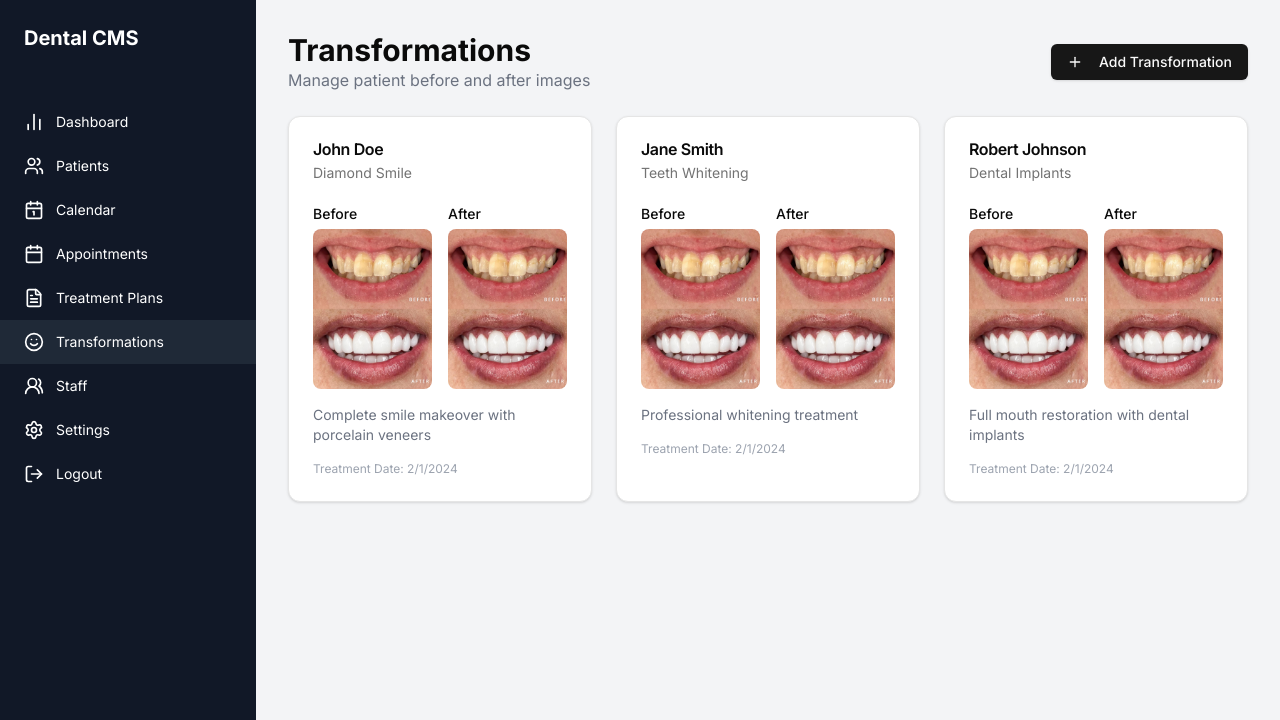
Repository: djdjdallas/diamonddental
Page: /dashboard/transformations
The author's editor kept a copy of each file at every save. The page is drawn from the files as they stood at one save, then again after the next save.
The browser window is 1280 px wide. The pictures show the whole page.
The page's requests for data from a server got no answer. The project was rebuilt for these pictures with package versions that can differ from the ones it lists, and the page was loaded fresh each time. The framework's server and built-in components were replaced by stand-ins that run in the browser. No one was signed in, and anything a server would have sent is missing. Also part of the build but not shown: next.config.mjs, src/components/ui/input.jsx, src/components/ui/select.jsx, src/components/ui/textarea.jsx.

Above is the page before, as saved 2025-02-01 12:00:26.

### src/app/layout.js
// app/layout.js
import { Inter } from "next/font/google";
import "./globals.css";

const inter = Inter({ subsets: ["latin"] });

export const metadata = {
  title: "Diamond Smile - Premium Dental Care",
  description: "Experience premium dental care with Diamond Smile",
};

export default function RootLayout({ children }) {
  return (
    <html lang="en">
      <body className={inter.className}>{children}</body>
    </html>
  );
}

### src/app/dashboard/layout.js
// app/dashboard/layout.js
"use client";

import Link from "next/link";
import { usePathname } from "next/navigation";
import {
  Users,
  Calendar,
  Settings,
  BarChart2,
  FileText,
  LogOut,
  Calendar1,
  Users2,
  Smile,
} from "lucide-react";
import { cn } from "@/lib/utils";

const sidebarLinks = [
  { name: "Dashboard", href: "/dashboard", icon: BarChart2 },
  { name: "Patients", href: "/dashboard/patients", icon: Users },
  { name: "Calendar", href: "/dashboard/calendar", icon: Calendar1 },
  { name: "Appointments", href: "/dashboard/appointments", icon: Calendar },
  { name: "Treatment Plans", href: "/dashboard/treatments", icon: FileText },
  { name: "Transformations", href: "/dashboard/transformations", icon: Smile },
  { name: "Staff", href: "/dashboard/staff", icon: Users2 },
  { name: "Settings", href: "/dashboard/settings", icon: Settings },
];

export default function DashboardLayout({ children }) {
  const pathname = usePathname();

  return (
    <div className="min-h-screen flex">
      {/* Sidebar */}
      <aside className="w-64 bg-gray-900 text-white">
        <div className="p-6">
          <h2 className="text-xl font-bold">Dental CMS</h2>
        </div>
        <nav className="mt-6">
          {sidebarLinks.map((link) => {
            const Icon = link.icon;
            return (
              <Link
                key={link.href}
                href={link.href}
                className={cn(
                  "flex items-center px-6 py-3 text-sm hover:bg-gray-800",
                  pathname === link.href && "bg-gray-800"
                )}
              >
                <Icon className="mr-3 h-5 w-5" />
                {link.name}
              </Link>
            );
          })}
          <Link
            href="/login"
            className="flex items-center px-6 py-3 text-sm hover:bg-gray-800 mt-auto"
          >
            <LogOut className="mr-3 h-5 w-5" />
            Logout
          </Link>
        </nav>
      </aside>

      {/* Main content */}
      <main className="flex-1 p-8 bg-gray-100">{children}</main>
    </div>
  );
}

### src/app/dashboard/transformations/page.js
"use client";

import { useState, useEffect } from "react";
import Image from "next/image";
import { Button } from "@/components/ui/button";
import { Input } from "@/components/ui/input";
import {
  Card,
  CardContent,
  CardDescription,
  CardHeader,
  CardTitle,
} from "@/components/ui/card";
import {
  Dialog,
  DialogContent,
  DialogHeader,
  DialogTitle,
  DialogTrigger,
} from "@/components/ui/dialog";
import {
  Select,
  SelectContent,
  SelectItem,
  SelectTrigger,
  SelectValue,
} from "@/components/ui/select";
import { Label } from "@/components/ui/label";
import { Textarea } from "@/components/ui/textarea";
import { supabase } from "@/lib/supabase";
import { Plus, Upload, Image as ImageIcon } from "lucide-react";

const DUMMY_TRANSFORMATIONS = [
  {
    id: "1",
    patient_id: "1",
    treatment_type: "Diamond Smile",
    description: "Complete smile makeover with porcelain veneers",
    before_image: "/beforeandafter.jpg",
    after_image: "/beforeandafter.jpg",
    treatment_date: "2024-02-01",
    patients: {
      first_name: "John",
      last_name: "Doe",
    },
  },
  {
    id: "2",
    patient_id: "2",
    treatment_type: "Teeth Whitening",
    description: "Professional whitening treatment",
    before_image: "/beforeandafter.jpg",
    after_image: "/beforeandafter.jpg",
    treatment_date: "2024-02-01",
    patients: {
      first_name: "Jane",
      last_name: "Smith",
    },
  },
  {
    id: "3",
    patient_id: "3",
    treatment_type: "Dental Implants",
    description: "Full mouth restoration with dental implants",
    before_image: "/beforeandafter.jpg",
    after_image: "/beforeandafter.jpg",
    treatment_date: "2024-02-01",
    patients: {
      first_name: "Robert",
      last_name: "Johnson",
    },
  },
];

const DUMMY_PATIENTS = [
  { id: "1", first_name: "John", last_name: "Doe" },
  { id: "2", first_name: "Jane", last_name: "Smith" },
  { id: "3", first_name: "Robert", last_name: "Johnson" },
];

export default function TransformationsPage() {
  const [transformations, setTransformations] = useState([]);
  const [patients, setPatients] = useState([]);
  const [isLoading, setIsLoading] = useState(true);
  const [isDialogOpen, setIsDialogOpen] = useState(false);
  const [beforeImage, setBeforeImage] = useState(null);
  const [afterImage, setAfterImage] = useState(null);
  const [formData, setFormData] = useState({
    patient_id: "",
    treatment_type: "",
    description: "",
    before_image: "",
    after_image: "",
    treatment_date: "",
  });

  useEffect(() => {
    loadData();
  }, []);

  const loadData = async () => {
    try {
      // Use dummy data instead of fetching from Supabase
      setTransformations(DUMMY_TRANSFORMATIONS);
      setPatients(DUMMY_PATIENTS);
    } catch (error) {
      console.error("Error loading data:", error);
    } finally {
      setIsLoading(false);
    }
  };

  const handleImageUpload = async (file, type) => {
    if (!file) return;

    try {
      // For demo purposes, just use the dummy image
      const dummyUrl = "/beforeandafter.jpg";

      if (type === "before") {
        setBeforeImage(dummyUrl);
        setFormData((prev) => ({ ...prev, before_image: dummyUrl }));
      } else {
        setAfterImage(dummyUrl);
        setFormData((prev) => ({ ...prev, after_image: dummyUrl }));
      }
    } catch (error) {
      console.error("Error uploading image:", error);
    }
  };

  const handleSubmit = async (e) => {
    e.preventDefault();

    try {
      // Create new transformation with dummy data
      const newTransformation = {
        id: String(transformations.length + 1),
        ...formData,
        patients: DUMMY_PATIENTS.find((p) => p.id === formData.patient_id),
        before_image: "/beforeandafter.jpg",
        after_image: "/beforeandafter.jpg",
      };

      // Add to existing transformations
      setTransformations([newTransformation, ...transformations]);
      setIsDialogOpen(false);
      resetForm();
    } catch (error) {
      console.error("Error saving transformation:", error);
    }
  };

  const resetForm = () => {
    setFormData({
      patient_id: "",
      treatment_type: "",
      description: "",
      before_image: "",
      after_image: "",
      treatment_date: "",
    });
    setBeforeImage(null);
    setAfterImage(null);
  };

  if (isLoading) {
    return <div>Loading...</div>;
  }

  return (
    <div className="space-y-6">
      <div className="flex justify-between items-center">
        <div>
          <h1 className="text-3xl font-bold">Transformations</h1>
          <p className="text-gray-500">
            Manage patient before and after images
          </p>
        </div>

        <Dialog open={isDialogOpen} onOpenChange={setIsDialogOpen}>
          <DialogTrigger asChild>
            <Button>
              <Plus className="mr-2 h-4 w-4" />
              Add Transformation
            </Button>
          </DialogTrigger>
          <DialogContent className="sm:max-w-[600px]">
            <DialogHeader>
              <DialogTitle>Add New Transformation</DialogTitle>
            </DialogHeader>
            <form onSubmit={handleSubmit} className="space-y-4">
              <div className="space-y-2">
                <Label>Patient</Label>
                <Select
                  value={formData.patient_id}
                  onValueChange={(value) =>
                    setFormData((prev) => ({ ...prev, patient_id: value }))
                  }
                >
                  <SelectTrigger>
                    <SelectValue placeholder="Select patient" />
                  </SelectTrigger>
                  <SelectContent>
                    {patients.map((patient) => (
                      <SelectItem key={patient.id} value={patient.id}>
                        {patient.first_name} {patient.last_name}
                      </SelectItem>
                    ))}
                  </SelectContent>
                </Select>
              </div>

              <div className="grid grid-cols-2 gap-4">
                <div className="space-y-2">
                  <Label>Treatment Type</Label>
                  <Input
                    value={formData.treatment_type}
                    onChange={(e) =>
                      setFormData((prev) => ({
                        ...prev,
                        treatment_type: e.target.value,
                      }))
                    }
                    placeholder="e.g., Veneers, Implants"
                  />
                </div>
                <div className="space-y-2">
                  <Label>Treatment Date</Label>
                  <Input
                    type="date"
                    value={formData.treatment_date}
                    onChange={(e) =>
                      setFormData((prev) => ({
                        ...prev,
                        treatment_date: e.target.value,
                      }))
                    }
                  />
                </div>
              </div>

              <div className="grid grid-cols-2 gap-4">
                <div className="space-y-2">
                  <Label>Before Image</Label>
                  <div className="border-2 border-dashed rounded-lg p-4 text-center">
                    {beforeImage ? (
                      <div className="relative h-40">
                        <Image
                          src={beforeImage}
                          alt="Before"
                          fill
                          className="object-cover rounded-lg"
                        />
                      </div>
                    ) : (
                      <div className="flex flex-col items-center">
                        <ImageIcon className="h-10 w-10 text-gray-400" />
                        <label className="mt-2 cursor-pointer">
                          <Input
                            type="file"
                            accept="image/*"
                            className="hidden"
                            onChange={(e) =>
                              handleImageUpload(e.target.files[0], "before")
                            }
                          />
                          <span className="text-sm text-gray-500">
                            Upload before image
                          </span>
                        </label>
                      </div>
                    )}
                  </div>
                </div>

                <div className="space-y-2">
                  <Label>After Image</Label>
                  <div className="border-2 border-dashed rounded-lg p-4 text-center">
                    {afterImage ? (
                      <div className="relative h-40">
                        <Image
                          src={afterImage}
                          alt="After"
                          fill
                          className="object-cover rounded-lg"
                        />
                      </div>
                    ) : (
                      <div className="flex flex-col items-center">
                        <ImageIcon className="h-10 w-10 text-gray-400" />
                        <label className="mt-2 cursor-pointer">
                          <Input
                            type="file"
                            accept="image/*"
                            className="hidden"
                            onChange={(e) =>
                              handleImageUpload(e.target.files[0], "after")
                            }
                          />
                          <span className="text-sm text-gray-500">
                            Upload after image
                          </span>
                        </label>
                      </div>
                    )}
                  </div>
                </div>
              </div>

              <div className="space-y-2">
                <Label>Description</Label>
                <Textarea
                  value={formData.description}
                  onChange={(e) =>
                    setFormData((prev) => ({
                      ...prev,
                      description: e.target.value,
                    }))
                  }
                  placeholder="Describe the transformation..."
                  rows={3}
                />
              </div>

              <Button type="submit" className="w-full">
                Save Transformation
              </Button>
            </form>
          </DialogContent>
        </Dialog>
      </div>

      {/* Transformations Grid */}
      <div className="grid grid-cols-1 md:grid-cols-2 lg:grid-cols-3 gap-6">
        {transformations.map((transformation) => (
          <Card key={transformation.id}>
            <CardHeader>
              <CardTitle>
                {transformation.patients.first_name}{" "}
                {transformation.patients.last_name}
              </CardTitle>
              <CardDescription>{transformation.treatment_type}</CardDescription>
            </CardHeader>
            <CardContent className="space-y-4">
              <div className="grid grid-cols-2 gap-4">
                <div>
                  <Label className="mb-2 block">Before</Label>
                  <div className="relative h-40 rounded-lg overflow-hidden">
                    <Image
                      src={transformation.before_image}
                      alt="Before"
                      fill
                      className="object-cover"
                      onError={(e) => {
                        e.target.src = "/beforeandafter.jpg";
                      }}
                    />
                  </div>
                </div>
                <div>
                  <Label className="mb-2 block">After</Label>
                  <div className="relative h-40 rounded-lg overflow-hidden">
                    <Image
                      src={transformation.after_image}
                      alt="After"
                      fill
                      className="object-cover"
                      onError={(e) => {
                        e.target.src = "/beforeandafter.jpg";
                      }}
                    />
                  </div>
                </div>
              </div>
              <p className="text-sm text-gray-500">
                {transformation.description}
              </p>
              <p className="text-xs text-gray-400">
                Treatment Date:{" "}
                {new Date(transformation.treatment_date).toLocaleDateString()}
              </p>
            </CardContent>
          </Card>
        ))}
      </div>
    </div>
  );
}

### src/components/ui/button.jsx
import * as React from "react"
import { Slot } from "@radix-ui/react-slot"
import { cva } from "class-variance-authority";

import { cn } from "@/lib/utils"

const buttonVariants = cva(
  "inline-flex items-center justify-center gap-2 whitespace-nowrap rounded-md text-sm font-medium transition-colors focus-visible:outline-none focus-visible:ring-1 focus-visible:ring-ring disabled:pointer-events-none disabled:opacity-50 [&_svg]:pointer-events-none [&_svg]:size-4 [&_svg]:shrink-0",
  {
    variants: {
      variant: {
        default:
          "bg-primary text-primary-foreground shadow hover:bg-primary/90",
        destructive:
          "bg-destructive text-destructive-foreground shadow-sm hover:bg-destructive/90",
        outline:
          "border border-input bg-background shadow-sm hover:bg-accent hover:text-accent-foreground",
        secondary:
          "bg-secondary text-secondary-foreground shadow-sm hover:bg-secondary/80",
        ghost: "hover:bg-accent hover:text-accent-foreground",
        link: "text-primary underline-offset-4 hover:underline",
      },
      size: {
        default: "h-9 px-4 py-2",
        sm: "h-8 rounded-md px-3 text-xs",
        lg: "h-10 rounded-md px-8",
        icon: "h-9 w-9",
      },
    },
    defaultVariants: {
      variant: "default",
      size: "default",
    },
  }
)

const Button = React.forwardRef(({ className, variant, size, asChild = false, ...props }, ref) => {
  const Comp = asChild ? Slot : "button"
  return (
    (<Comp
      className={cn(buttonVariants({ variant, size, className }))}
      ref={ref}
      {...props} />)
  );
})
Button.displayName = "Button"

export { Button, buttonVariants }

### src/components/ui/card.jsx
import * as React from "react"

import { cn } from "@/lib/utils"

const Card = React.forwardRef(({ className, ...props }, ref) => (
  <div
    ref={ref}
    className={cn("rounded-xl border bg-card text-card-foreground shadow", className)}
    {...props} />
))
Card.displayName = "Card"

const CardHeader = React.forwardRef(({ className, ...props }, ref) => (
  <div
    ref={ref}
    className={cn("flex flex-col space-y-1.5 p-6", className)}
    {...props} />
))
CardHeader.displayName = "CardHeader"

const CardTitle = React.forwardRef(({ className, ...props }, ref) => (
  <div
    ref={ref}
    className={cn("font-semibold leading-none tracking-tight", className)}
    {...props} />
))
CardTitle.displayName = "CardTitle"

const CardDescription = React.forwardRef(({ className, ...props }, ref) => (
  <div
    ref={ref}
    className={cn("text-sm text-muted-foreground", className)}
    {...props} />
))
CardDescription.displayName = "CardDescription"

const CardContent = React.forwardRef(({ className, ...props }, ref) => (
  <div ref={ref} className={cn("p-6 pt-0", className)} {...props} />
))
CardContent.displayName = "CardContent"

const CardFooter = React.forwardRef(({ className, ...props }, ref) => (
  <div
    ref={ref}
    className={cn("flex items-center p-6 pt-0", className)}
    {...props} />
))
CardFooter.displayName = "CardFooter"

export { Card, CardHeader, CardFooter, CardTitle, CardDescription, CardContent }

### src/components/ui/dialog.jsx
"use client"

import * as React from "react"
import * as DialogPrimitive from "@radix-ui/react-dialog"
import { X } from "lucide-react"

import { cn } from "@/lib/utils"

const Dialog = DialogPrimitive.Root

const DialogTrigger = DialogPrimitive.Trigger

const DialogPortal = DialogPrimitive.Portal

const DialogClose = DialogPrimitive.Close

const DialogOverlay = React.forwardRef(({ className, ...props }, ref) => (
  <DialogPrimitive.Overlay
    ref={ref}
    className={cn(
      "fixed inset-0 z-50 bg-black/80  data-[state=open]:animate-in data-[state=closed]:animate-out data-[state=closed]:fade-out-0 data-[state=open]:fade-in-0",
      className
    )}
    {...props} />
))
DialogOverlay.displayName = DialogPrimitive.Overlay.displayName

const DialogContent = React.forwardRef(({ className, children, ...props }, ref) => (
  <DialogPortal>
    <DialogOverlay />
    <DialogPrimitive.Content
      ref={ref}
      className={cn(
        "fixed left-[50%] top-[50%] z-50 grid w-full max-w-lg translate-x-[-50%] translate-y-[-50%] gap-4 border bg-background p-6 shadow-lg duration-200 data-[state=open]:animate-in data-[state=closed]:animate-out data-[state=closed]:fade-out-0 data-[state=open]:fade-in-0 data-[state=closed]:zoom-out-95 data-[state=open]:zoom-in-95 data-[state=closed]:slide-out-to-left-1/2 data-[state=closed]:slide-out-to-top-[48%] data-[state=open]:slide-in-from-left-1/2 data-[state=open]:slide-in-from-top-[48%] sm:rounded-lg",
        className
      )}
      {...props}>
      {children}
      <DialogPrimitive.Close
        className="absolute right-4 top-4 rounded-sm opacity-70 ring-offset-background transition-opacity hover:opacity-100 focus:outline-none focus:ring-2 focus:ring-ring focus:ring-offset-2 disabled:pointer-events-none data-[state=open]:bg-accent data-[state=open]:text-muted-foreground">
        <X className="h-4 w-4" />
        <span className="sr-only">Close</span>
      </DialogPrimitive.Close>
    </DialogPrimitive.Content>
  </DialogPortal>
))
DialogContent.displayName = DialogPrimitive.Content.displayName

const DialogHeader = ({
  className,
  ...props
}) => (
  <div
    className={cn("flex flex-col space-y-1.5 text-center sm:text-left", className)}
    {...props} />
)
DialogHeader.displayName = "DialogHeader"

const DialogFooter = ({
  className,
  ...props
}) => (
  <div
    className={cn("flex flex-col-reverse sm:flex-row sm:justify-end sm:space-x-2", className)}
    {...props} />
)
DialogFooter.displayName = "DialogFooter"

const DialogTitle = React.forwardRef(({ className, ...props }, ref) => (
  <DialogPrimitive.Title
    ref={ref}
    className={cn("text-lg font-semibold leading-none tracking-tight", className)}
    {...props} />
))
DialogTitle.displayName = DialogPrimitive.Title.displayName

const DialogDescription = React.forwardRef(({ className, ...props }, ref) => (
  <DialogPrimitive.Description
    ref={ref}
    className={cn("text-sm text-muted-foreground", className)}
    {...props} />
))
DialogDescription.displayName = DialogPrimitive.Description.displayName

export {
  Dialog,
  DialogPortal,
  DialogOverlay,
  DialogTrigger,
  DialogClose,
  DialogContent,
  DialogHeader,
  DialogFooter,
  DialogTitle,
  DialogDescription,
}

### src/lib/supabase.js
// lib/supabase.js
import { createClient } from "@supabase/supabase-js";

const supabaseUrl = process.env.NEXT_PUBLIC_SUPABASE_URL;
const supabaseKey = process.env.NEXT_PUBLIC_SUPABASE_ANON_KEY;

export const supabase = createClient(supabaseUrl, supabaseKey);

// Helper functions for common database operations
export const getPatients = async () => {
  const { data, error } = await supabase
    .from("patients")
    .select("*")
    .order("created_at", { ascending: false });

  if (error) throw error;
  return data;
};

export const addPatient = async (patientData) => {
  const { data, error } = await supabase
    .from("patients")
    .insert(patientData)
    .select();

  if (error) throw error;
  return data[0];
};

export const getAppointments = async () => {
  const { data, error } = await supabase
    .from("appointments")
    .select(
      `
      *,
      patients (
        first_name,
        last_name
      )
    `
    )
    .order("appointment_date", { ascending: true });

  if (error) throw error;
  return data;
};

export const addAppointment = async (appointmentData) => {
  const { data, error } = await supabase
    .from("appointments")
    .insert(appointmentData)
    .select();

  if (error) throw error;
  return data[0];
};

Loaded but not shown: src/app/globals.css (common file); src/lib/utils.js (common file); src/components/ui/label.jsx (common file); tailwind.config.mjs (common file)

After the next save:
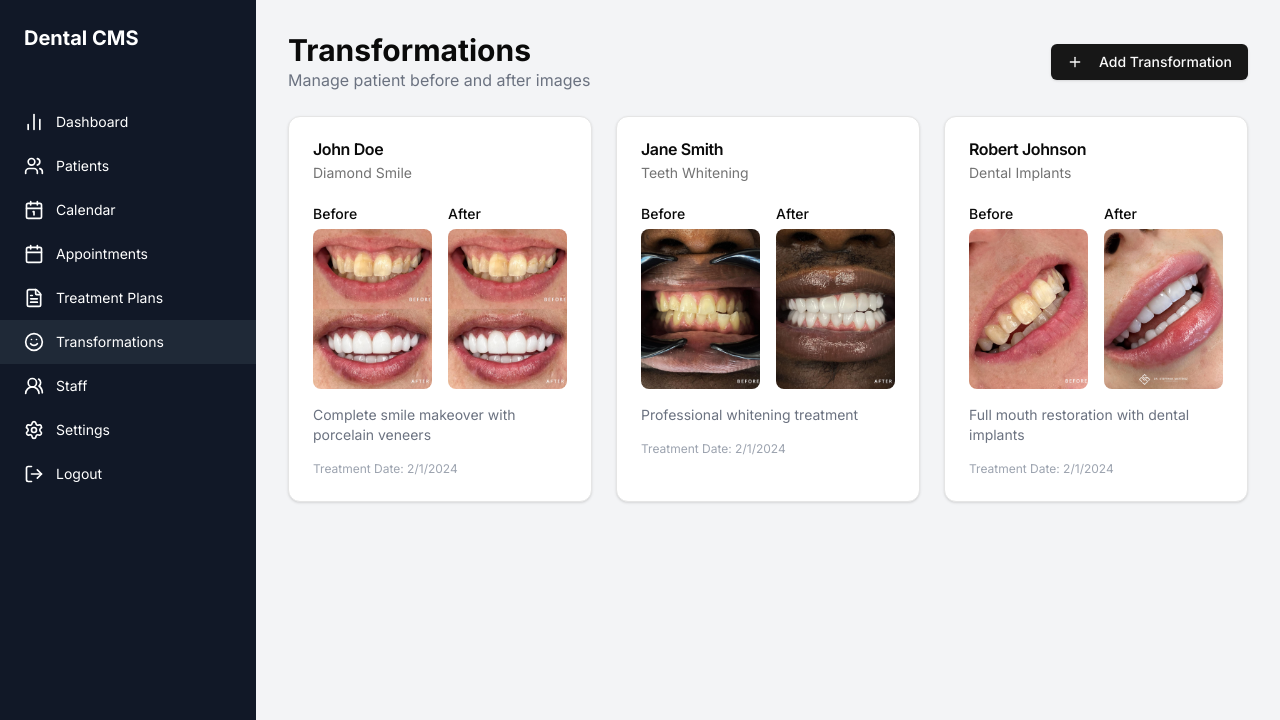
Saved 5 min 11 s later.
--- a/src/app/dashboard/transformations/page.js
+++ b/src/app/dashboard/transformations/page.js
@@ -49,8 +49,8 @@ const DUMMY_TRANSFORMATIONS = [
     patient_id: "2",
     treatment_type: "Teeth Whitening",
     description: "Professional whitening treatment",
-    before_image: "/beforeandafter.jpg",
-    after_image: "/beforeandafter.jpg",
+    before_image: "/before1.jpg",
+    after_image: "/after1.jpg",
     treatment_date: "2024-02-01",
     patients: {
       first_name: "Jane",
@@ -62,8 +62,8 @@ const DUMMY_TRANSFORMATIONS = [
     patient_id: "3",
     treatment_type: "Dental Implants",
     description: "Full mouth restoration with dental implants",
-    before_image: "/beforeandafter.jpg",
-    after_image: "/beforeandafter.jpg",
+    before_image: "/before2.jpg",
+    after_image: "/after2.jpg",
     treatment_date: "2024-02-01",
     patients: {
       first_name: "Robert",
